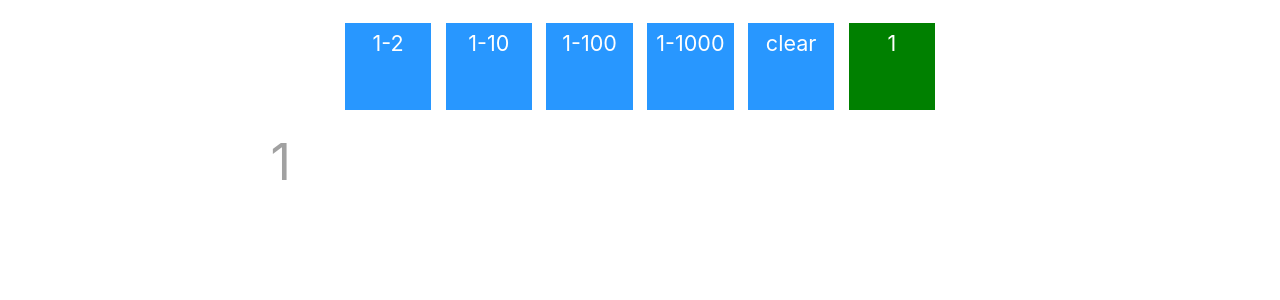
Repository: michalgornicki/number-generator
Page: /, after clicking the first element matching `div.button`
An editor plug-in stored every save of this project. The page is shown before and after the next save, followed by the edit.
The browser window is 1280 px wide. The pictures show the whole page.
The project was rebuilt for these pictures with package versions that can differ from the ones it lists, and the page was loaded fresh each time.

Above is the page before, as saved 2021-12-03 14:15:47.

After the next save:
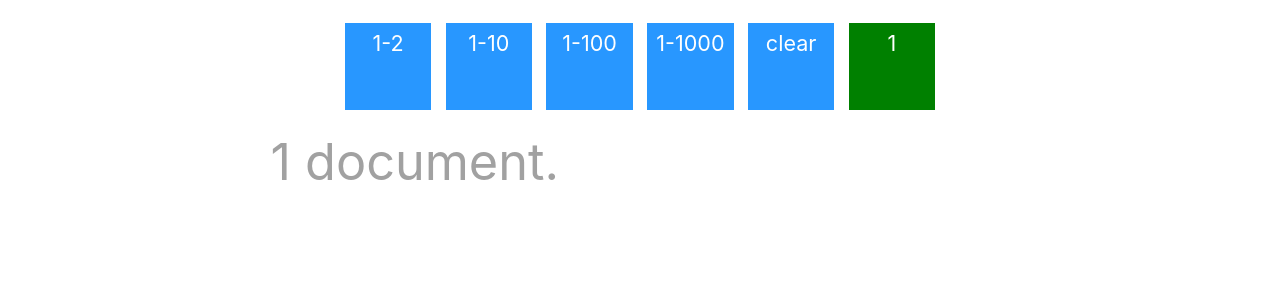
Saved 19 s later.
--- a/src/App.jsx
+++ b/src/App.jsx
@@ -45,6 +45,7 @@ function App() {
           return (
             <div className="map-item">
               {item} {console.log(index)}
+              document.
             </div>
           );
         })}
